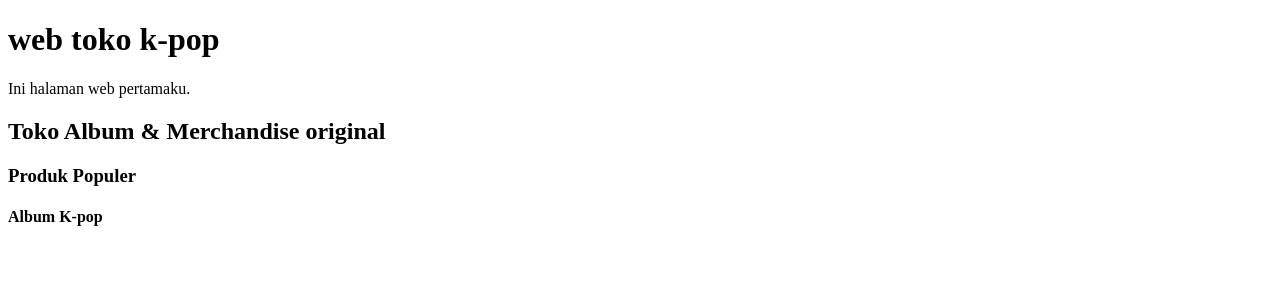
Repository: sekartazivi/241552010020-Web-Application-Development
Page: test.html
These files come from the project's save history. The page is drawn as it stood at one moment and after a run of saves; the edit follows.
The browser window is 1280 px wide. The pictures show the whole page.

Above is the page before, as saved 2026-02-20 08:21:18.

### test.html
<!DOCTYPE html>
<html lang="en">
<head>
    <meta charset="UTF-8">
    <meta name="viewport" content="width=device-width, initial-scale=<,>">
    <title>Document</title>
</head>
<body>
    <h1>web toko k-pop</h1>
    <p>Ini halaman web pertamaku.</p>
    <h2>Toko Album & Merchandise original</h2>
    <h3>Produk Populer</h3>
    <h4>Album K-pop</h4>
    <h5></h5>
</body>
</html>

After the next 8 saves:
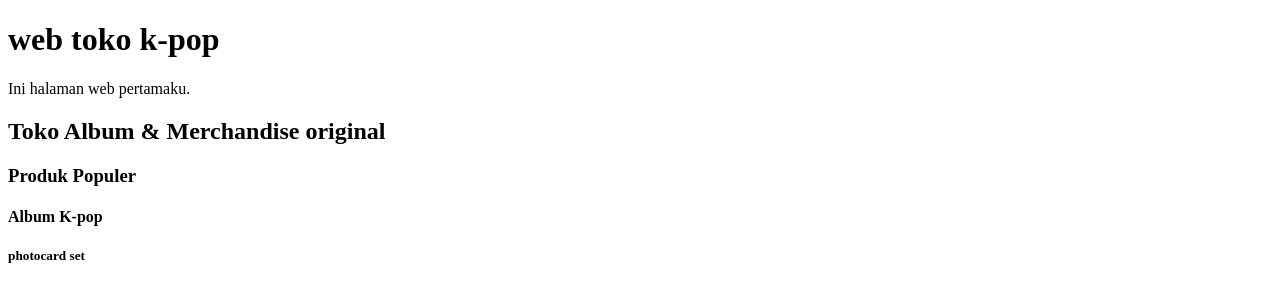
The 8 saves are shown as one change because they came seconds apart.
The last was saved 46 s later.
--- a/test.html
+++ b/test.html
@@ -11,6 +11,7 @@
     <h2>Toko Album & Merchandise original</h2>
     <h3>Produk Populer</h3>
     <h4>Album K-pop</h4>
-    <h5></h5>
+    <h5>photocard set</h5>
+    <h6></h6>
 </body>
 </html>
